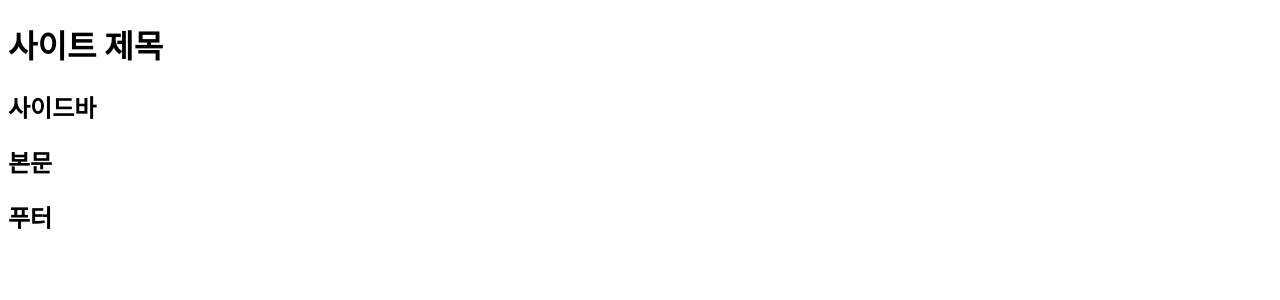
Repository: topyoungil/CodeMemories-ByJake
Page: HTML_CSS/WebContent/test/1003_css/2column.html
These files come from the project's save history. The page is drawn as it stood at one moment and after a run of saves; the edit follows.
The browser window is 1280 px wide. The pictures show the whole page.

Above is the page before, as saved 2022-10-03 06:14:29.

### HTML_CSS/WebContent/test/1003_css/2column.html
<!DOCTYPE html>
<html>
<head>
<meta charset="UTF-8">
<title>Insert title here</title>
</head>
<body>
	<div id="container">
		<header id="header">
			<h1>사이트 제목</h1>
		</header>
		<aside id="sidebar">
			<h2>사이드바</h2>
		</aside>
		<section id="contents">
			<h2>본문</h2>
		</section>
		<footer id="footer">
			<h2>푸터</h2>
		</footer>
	</div>
</body>
</html>

After the next 2 saves:
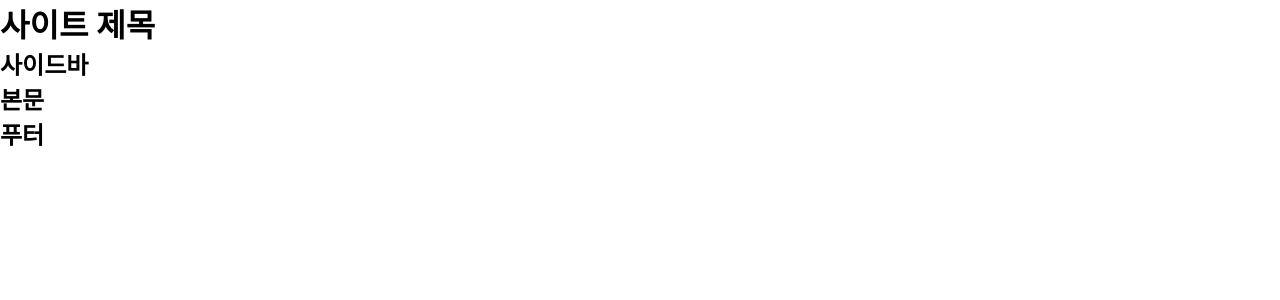
The 2 saves are shown as one change because they came seconds apart.
The last was saved 64 s later.
--- a/HTML_CSS/WebContent/test/1003_css/2column.html
+++ b/HTML_CSS/WebContent/test/1003_css/2column.html
@@ -3,6 +3,13 @@
 <head>
 <meta charset="UTF-8">
 <title>Insert title here</title>
+<style>
+	* {
+		margin: 0;
+		padding: 0;
+		box-sizing: border-box;
+	}
+</style>
 </head>
 <body>
 	<div id="container">
